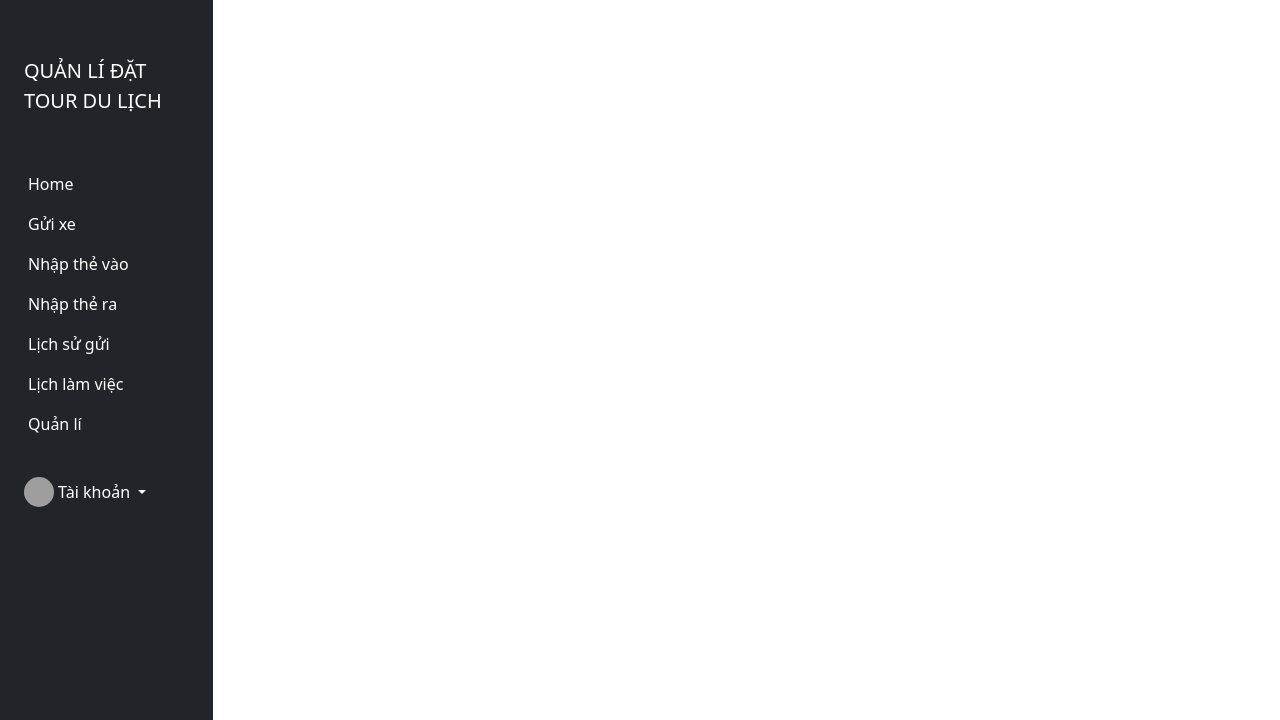
Repository: vantohuu/BOOKINGTOUR
Page: http://localhost/BOOKINGTOUR/WEB-INF/views/index.jsp
The author's editor kept a copy of each file at every save. The page is drawn from the files as they stood at one save, then again after the next save.
The browser window is 1280 px wide. The pictures show the whole page.
Pictures or frames that could not be fetched are drawn as grey boxes. The page is served by Tomcat 9. Nobody is signed in. Other server files are loaded and not shown. The template is opened directly, without the code that normally fills it, so the values that code supplies are empty.

Above is the page before, as saved 2023-04-25 18:44:29.

### BOOKINGTOUR/src/main/webapp/WEB-INF/views/index.jsp
<%@ page language="java" contentType="text/html; charset=UTF-8"
    pageEncoding="UTF-8"%>
<!DOCTYPE html>
<html>
<head>
<meta charset="UTF-8">
 <link href="https://cdn.jsdelivr.net/npm/bootstrap@5.3.0-alpha1/dist/css/bootstrap.min.css" rel="stylesheet"
     integrity="sha384-GLhlTQ8iRABdZLl6O3oVMWSktQOp6b7In1Zl3/Jr59b6EGGoI1aFkw7cmDA6j6gD" crossorigin="anonymous">
<title>Insert title here</title>
</head>
<body>
	<div class="container-fluid">
		<div class="row flex-nowrap">
			<div class="col-auto col-md-3 col-xl-2 px-sm-2 px-0 bg-dark">
				<div
					class="d-flex flex-column align-items-center align-items-sm-start px-3 pt-2 text-white min-vh-100">
					<a href="/"
						class="d-flex align-items-center pb-5 pt-5 mb-md-0 me-md-auto text-white text-decoration-none">
						<span class="fs-5 d-none d-sm-inline">QUẢN LÍ ĐẶT TOUR DU LỊCH</span>
					</a>
					<ul
						class="nav nav-pills flex-column mb-sm-auto mb-0 align-items-center align-items-sm-start"
						id="menu">
						<li class="nav-item"><a href="home.htm"
							class="nav-link text-white align-middle px-0"> <i
								class="fa-solid fa-house"></i> <span
								class="ms-1 d-none d-sm-inline">Home</span>
						</a></li>
						<li><a href="#submenu1" data-bs-toggle="collapse"
							class="nav-link text-white px-0 align-middle"> <i
								class="fa-solid fa-keyboard"></i> <span
								class="ms-1 d-none d-sm-inline">Gửi xe</span>
						</a>
							<ul class="collapse show nav flex-column ms-1" id="submenu1"
								data-bs-parent="#menu">
								<li class="w-100"><a href="thevao.htm"
									class="nav-link text-white px-0"> <span class="d-none d-sm-inline">Nhập
											thẻ vào</span></a></li>
								<li><a href="thera.htm" class="nav-link text-white px-0"> <span
										class="d-none d-sm-inline">Nhập thẻ ra</span></a></li>
								<li><a href="lichsugui.htm" class="nav-link text-white px-0"> <span
										class="d-none d-sm-inline">Lịch sử gửi </span></a></li>
							</ul></li>
						<li><a href="lich.htm" class="nav-link text-white px-0 align-middle">
								<i class="fa-solid fa-calendar-days"></i> <span
								class="ms-1 d-none d-sm-inline">Lịch làm việc</span>
						</a></li>
						<li><a href="#submenu2" data-bs-toggle="collapse"
							class="nav-link text-white px-0 align-middle "> <i
								class="fa-solid fa-clipboard-user"></i> <span
								class="ms-1 d-none d-sm-inline">Quản lí</span></a>
							<ul class="collapse nav flex-column ms-1" id="submenu2"
								data-bs-parent="#menu">
								<li class="w-100"><a href="doanhthu.htm"
									class="nav-link px-0"> <span class="d-none d-sm-inline">Doanh
											thu</span></a></li>
								<li><a href="nhanvien.htm" class="nav-link px-0"> <span
										class="d-none d-sm-inline">Nhân viên</span></a></li>
								<li><a href="quanlithethang.htm" class="nav-link px-0">
										<span class="d-none d-sm-inline">Nhân viên</span>
								</a></li>
								<li><a href="quanlilich.htm" class="nav-link px-0"> <span
										class="d-none d-sm-inline">Lịch</span></a></li>

								<li><a href="chucvu.htm" class="nav-link px-0"> <span
										class="d-none d-sm-inline">Chức vụ</span></a></li>
								<li><a href="quanlitaikhoan.htm" class="nav-link px-0">
										<span class="d-none d-sm-inline">Tài khoản</span>
								</a></li>
								<li><a href="bangluong.htm" class="nav-link px-0"> <span
										class="d-none d-sm-inline">Bảng lương</span></a></li>

								<li><a href="chinhsuaphi.htm" class="nav-link px-0"> <span
										class="d-none d-sm-inline">Phí gửi xe</span></a></li>

							</ul></li>

						<hr>

						<div class="dropdown pb-4">
							<a href="#"
								class="d-flex align-items-center text-white text-decoration-none dropdown-toggle"
								id="dropdownUser1" data-bs-toggle="dropdown"
								aria-expanded="false"> <img src="https://github.com/mdo.png"
								alt="hugenerd" width="30" height="30" class="rounded-circle">
								<span class="d-none d-sm-inline mx-1">Tài khoản</span>
							</a>
							<ul class="dropdown-menu dropdown-menu-dark text-small shadow">

								<li><a class="dropdown-item" href="nhanvien-thongtin.htm">Chỉnh
										sửa thông tin cá nhân</a></li>
								<li><a class="dropdown-item" href="doimatkhau.htm">Đổi
										mật khẩu</a></li>
								<li>
									<hr class="dropdown-divider">
								</li>
								<li><a class="dropdown-item" href="logout.htm">Đăng
										xuất</a></li>
							</ul>
						</div>
				</div>
			</div>
		</div>
	</div>
</body>
</html>

After the next save:
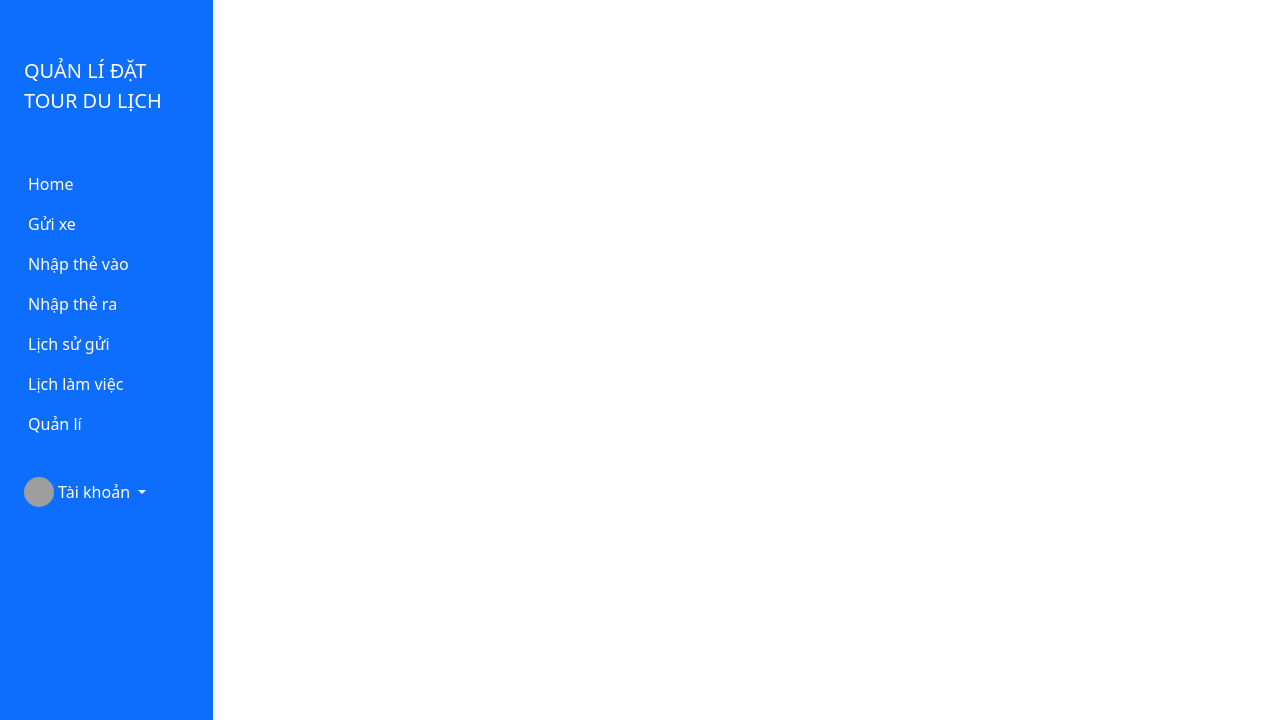
Saved 21 s later.
--- a/BOOKINGTOUR/src/main/webapp/WEB-INF/views/index.jsp
+++ b/BOOKINGTOUR/src/main/webapp/WEB-INF/views/index.jsp
@@ -11,7 +11,7 @@
 <body>
 	<div class="container-fluid">
 		<div class="row flex-nowrap">
-			<div class="col-auto col-md-3 col-xl-2 px-sm-2 px-0 bg-dark">
+			<div class="col-auto col-md-3 col-xl-2 px-sm-2 px-0 bg-primary">
 				<div
 					class="d-flex flex-column align-items-center align-items-sm-start px-3 pt-2 text-white min-vh-100">
 					<a href="/"
